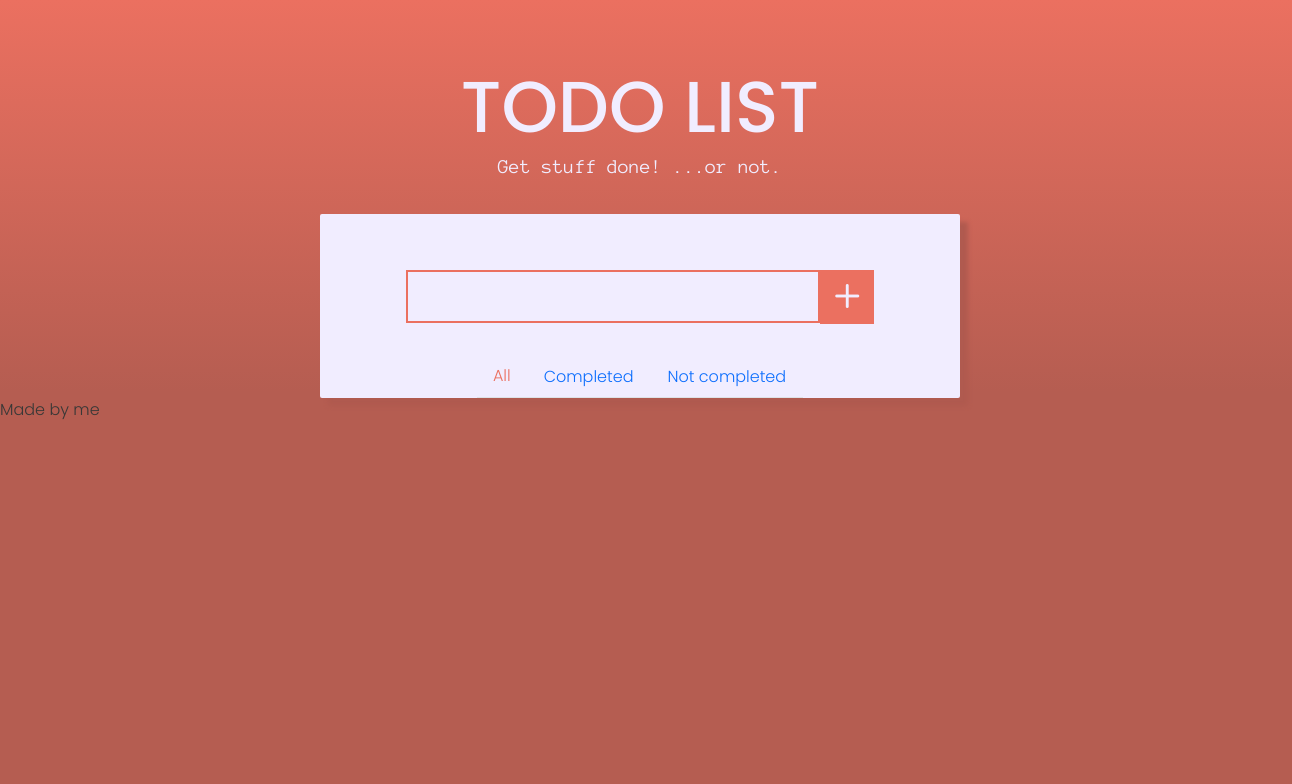
Repository: zum281/todo-list
Page: index.html
An editor plug-in stored every save of this project. The page is shown before and after the next save, followed by the edit.
The browser window is 1280 px wide. The page is 1292 px wide, then 1280 px, so the pictures cover 1292 px, including what lies to the right of the window. The pictures show the whole page.
Some web libraries are served in a nearby version. The style sheet was rebuilt from its Sass, Less or Tailwind sources for each picture, by a compiler version that may differ from the author's.

Above is the page before, as saved 2021-03-07 15:22:23.

### index.html
<!DOCTYPE html>
<html lang="en">

    <head>
        <meta charset="UTF-8">
        <meta http-equiv="X-UA-Compatible" content="IE=edge">
        <meta name="viewport" content="width=device-width, initial-scale=1.0">

        <!-- Bootstrap CSS -->
        <link href="https://cdn.jsdelivr.net/npm/bootstrap@5.0.0-beta2/dist/css/bootstrap.min.css" rel="stylesheet"
            integrity="sha384-BmbxuPwQa2lc/FVzBcNJ7UAyJxM6wuqIj61tLrc4wSX0szH/Ev+nYRRuWlolflfl" crossorigin="anonymous">
        <!-- Option 1: Bootstrap Bundle with Popper -->
        <script src="https://cdn.jsdelivr.net/npm/bootstrap@5.0.0-beta2/dist/js/bootstrap.bundle.min.js"
            integrity="sha384-b5kHyXgcpbZJO/tY9Ul7kGkf1S0CWuKcCD38l8YkeH8z8QjE0GmW1gYU5S9FOnJ0" crossorigin="anonymous">
        </script>
        <link rel="stylesheet" href="https://cdn.jsdelivr.net/npm/bootstrap-icons@1.4.0/font/bootstrap-icons.css">
        <!--Jquery-->
        <script src="https://code.jquery.com/jquery-3.6.0.min.js"
            integrity="sha256-/xUj+3OJU5yExlq6GSYGSHk7tPXikynS7ogEvDej/m4=" crossorigin="anonymous"></script>

        <link rel="stylesheet" href="css/main.css">
        <title>Todo List</title>
    </head>

    <body>
        <h1 class="title">TODO LIST</h1>
        <p class="lead">Get stuff done! ...or not.</p>
        <div class="container main">
            <div class="add-todo-box">
                <input type="text" name="add-todo" id="add-todo">
                <div class="icon" id="add-todo-btn"><i class="bi bi-plus"></i></div>
            </div>
            <div class="todo-list-container">
                <ul class="todo-list"></ul>
            </div>
            <div class="tabs">
                <ul class="nav nav-tabs">
                    <li class="nav-item">
                        <span class="nav-link active" id="show-all">All</span>
                    </li>
                    <li class="nav-item">
                        <span class="nav-link" id="show-completed">Completed</span>
                    </li>
                    <li class="nav-item">
                        <span class="nav-link" id="show-not-completed">Not completed</span>
                    </li>
                </ul>
            </div>
        </div>
        <script src="js/main.js"></script>

        <footer>
            <div class="row">
                <div class="col">Made by me</div>
            </div>
        </footer>
    </body>

</html>

### js/main.js
const add_todo_btn = $("#add-todo-btn");
const add_todo_input = $("#add-todo");
const todo_list_container = $(".todo-list-container");
const todo_list = $(".todo-list");
let todos = [];
let completed_todos = [];
$(document).ready(function () {
    $("#show-all").trigger("click");
    add_todo_btn.click(() => {
        let new_todo = add_todo_input.val();
        if (new_todo != "") {
            todos.push(new_todo);

            todo_list_container.show();
            todo_list.append(`
            <li class="todo-item" data-status="not-completed"><span class="todo-text">${new_todo}</span>
                <div class="icons">
                    <div class="icon done"><i class="bi bi-check"></i></div>
                    <div class="icon remove"><i class="bi bi-x"></i></div>
                </div>
            </li>
            `);

            add_todo_input.val("");
        } else {
            alert("puzzi");
        }
    });

    $("#show-all").click(function () {
        $("#show-all").addClass("active");
        $("#show-completed").removeClass("active");
        $("#show-not-completed").removeClass("active");
        todo_list.children().each(function () {
            $(this).show();
        });
    });
    $("#show-completed").click(function () {
        $("#show-all").removeClass("active");
        $("#show-completed").addClass("active");
        $("#show-not-completed").removeClass("active");
        todo_list.children().each(function () {
            if ($(this).attr("data-status") == "completed") $(this).show();
            else $(this).hide();
        });
    });

    $("#show-not-completed").click(function () {
        $("#show-all").removeClass("active");
        $("#show-completed").removeClass("active");
        $("#show-not-completed").addClass("active");
        todo_list.children().each(function () {
            if ($(this).attr("data-status") == "not-completed") $(this).show();
            else $(this).hide();
        });
    });

    $(document).on("click", ".done", function () {
        let todo_el = $(this).parents(".todo-item");
        let todo = todo_el.find(".todo-text");
        todo_el.attr("data-status", "completed");
        console.log(todo_el.attr("data-status"));
        let text = todo.html();
        todo.html(text.strike());
        let pos = todos.indexOf(todo);
        let removedItem = todos.splice(pos, 1); // this is how to remove an item
        completed_todos.push(removedItem);

        if ($("#show-not-completed").hasClass("active")) {
            $("#show-not-completed").trigger("click");
        }
    });
    $(document).on("click", ".remove", function () {
        let removedItem;
        let todo_el = $(this).parents(".todo-item");
        let todo = todo_el.find(".todo-text").html();

        if (todos.includes(todo)) {
            let pos = todos.indexOf(todo);
            removedItem = todos.splice(pos, 1); // this is how to remove an item
        } else {
            let pos = completed_todos.indexOf(todo);
            removedItem = completed_todos.splice(pos, 1); // this is how to remove an item
        }
        todo_el.remove();
    });
});

$(document).keyup(function (e) {
    if (e.key == "Enter") {
        add_todo_btn.trigger("click");
    }
});

### sass/main.scss
@import url("https://fonts.googleapis.com/css2?family=Poppins:wght@300;400;500;600;700&display=swap");
@import url("https://fonts.googleapis.com/css2?family=Anonymous+Pro&display=swap");
@import "_variables";
* {
    margin: 0;
    padding: 0;
    box-sizing: border-box;
}

body {
    min-height: 100vh;
    font-weight: 300;
    font-family: "Poppins";

    background: linear-gradient(
        180deg,
        rgba(235, 112, 96, 1) 0%,
        rgba(181, 93, 81, 1) 50%
    );
    color: $text-main;
}

.title {
    // font-family: "Chelsea Market";
    text-align: center;
    font-size: 54pt;
    color: $not-quite-white;
    margin-top: 4rem;
    margin-bottom: 0.1rem;
}
p {
    font-family: "Anonymous Pro", monospace;
    text-align: center;
    color: $not-quite-white;
    margin-bottom: 2rem;
}

.main {
    min-width: 300px;
    display: flex;
    flex-direction: column;
    align-items: center;
    justify-content: space-between;
    margin-top: 1rem;
    padding: 2.5rem 1.5rem;
    padding-bottom: 0;
    max-width: 50%;
    border-radius: 2px;
    background-color: $not-quite-white;
    box-shadow: 8px 8px 4px #b05a4f;
    .add-todo-box {
        width: 100%;
        display: flex;
        align-items: center;
        justify-content: center;

        input {
            background: transparent;
            width: 70%;
            border: none;
            border: 2px solid $primary-orange;
            line-height: 1;
            padding: 0.5rem;
            font-size: 16px;
            color: #333333;
            &:focus {
                outline: none;
            }
        }
        .icon {
            background-color: $primary-orange;
            display: grid;
            place-items: center;
            width: 45px;
            height: 45px;
            color: $not-quite-white;
            cursor: pointer;

            i {
                font-size: 45px;
                line-height: 1;
            }
        }
    }
    .todo-list-container {
        display: none;
        padding: 1rem;
        width: 100%;

        ul {
            padding-left: 0.5rem;

            .todo-item {
                display: flex;
                align-items: center;
                justify-content: space-between;
                font-size: 24px;
                .icons {
                    display: flex;
                    .icon {
                        display: grid;
                        place-items: center;
                        width: 28px;
                        height: 28px;
                        i {
                            font-size: 24px;
                            line-height: 1;
                        }
                    }
                }
            }
        }
    }

    .tabs {
        margin-top: 2rem;
        margin-bottom: 0;
        .nav {
            justify-content: center;
        }
        .nav-link {
            cursor: pointer;
            transition: none !important;
            background: transparent;
            padding: 0.2rem 2.5rem !important;
            //padding: .5rem 1rem;
        }
        .nav-link.active {
            color: $primary-orange;
            border: none;
        }
        .nav-link:hover {
            border: none;
            color: $primary-orange;
        }
    }
}

.done:hover {
    color: #298920;
}

.remove:hover {
    color: #ea1a0c;
}

@media screen and (min-width: 767px) {
    .main {
        min-width: 600px;
        padding: 3.5rem 1.5rem;
        padding-bottom: 0;

        .add-todo-box {
            input {
                font-size: 22px;
            }
            .icon {
                width: 54px;
                height: 54px;

                i {
                    font-size: 48px;
                }
            }
        }
        .todo-list-container {
            padding: 2.5rem;

            ul {
                padding-left: 1rem;
            }
        }
        .tabs {
            .nav-link {
                padding: 0.5rem 1rem !important;
            }
        }
    }
}

### sass/_variables.scss
$primary-orange: #eb7060;
$dark-orange: #b55d51;
$text-main: #383837;
$text-light: #525151;
$not-quite-white: #f1edff;

After the next save:
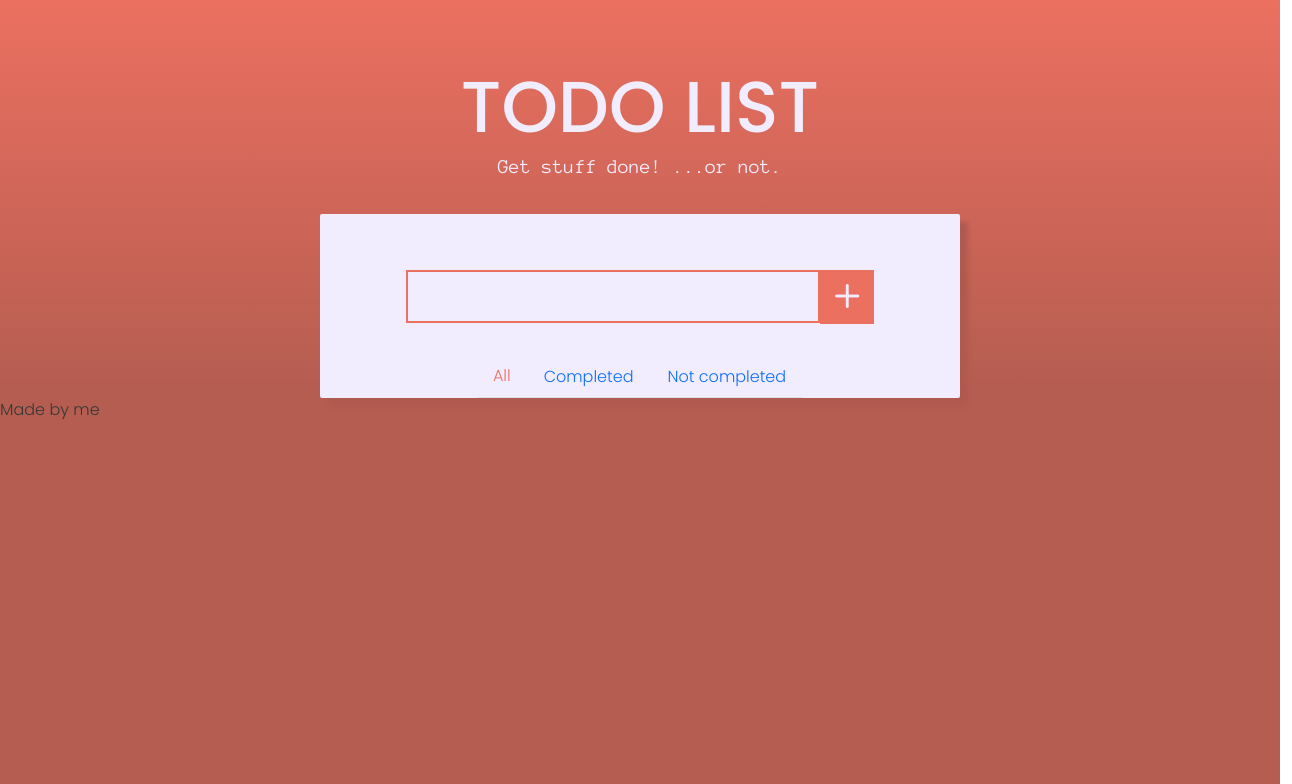
Saved 27 s later.
--- a/index.html
+++ b/index.html
@@ -50,9 +50,7 @@
         <script src="js/main.js"></script>
 
         <footer>
-            <div class="row">
-                <div class="col">Made by me</div>
-            </div>
+            Made by me
         </footer>
     </body>
 
